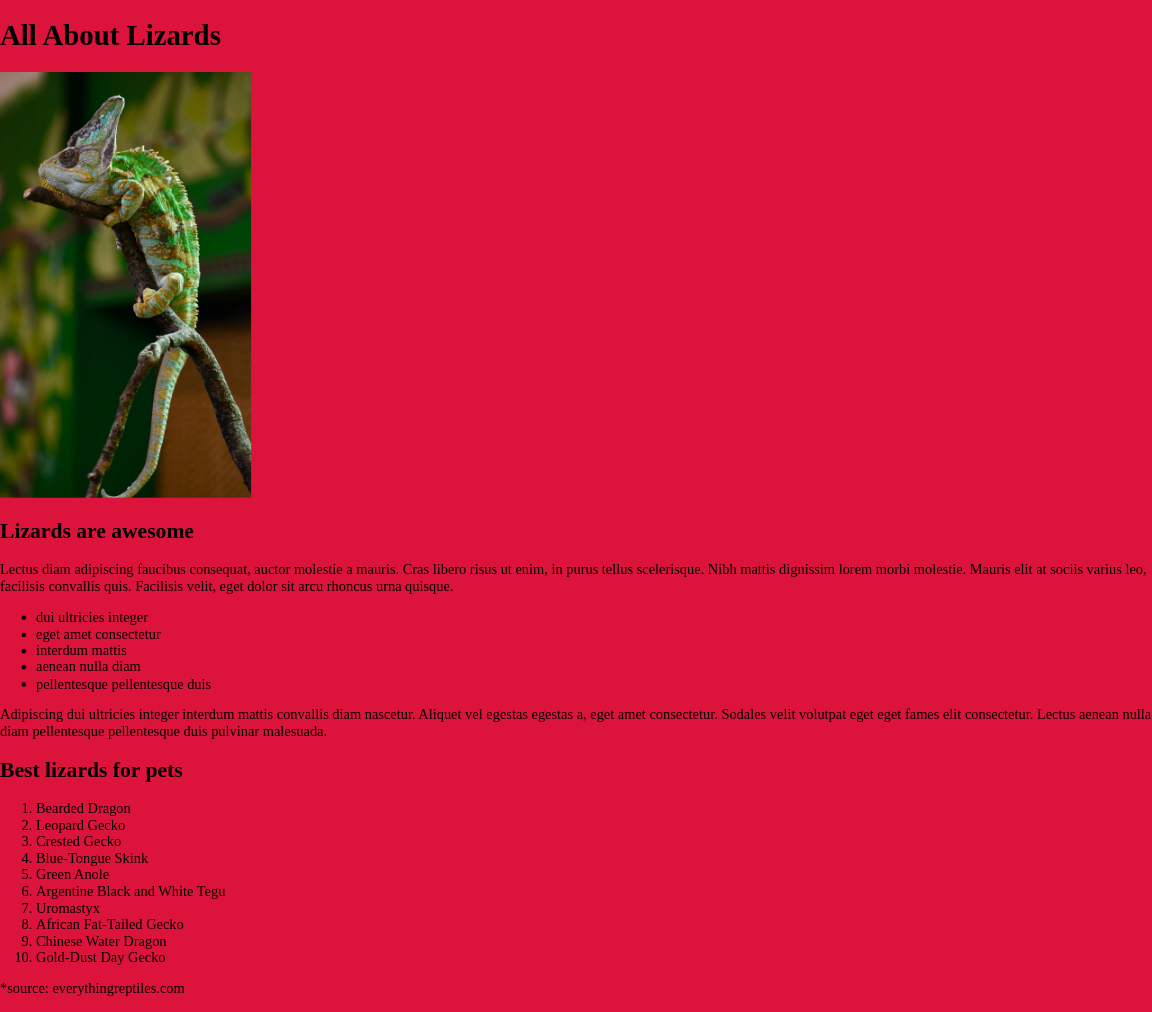
Repository: Doumham-Armah/lizards-landing--page
Page: index.html
These files come from the project's save history. The page is drawn as it stood at one moment and after the next save; the edit follows.
The browser window is 1280 px wide. The pictures show the whole page, at 90% of full size.

Above is the page before, as saved 2021-08-10 13:17:38.

After the next save:
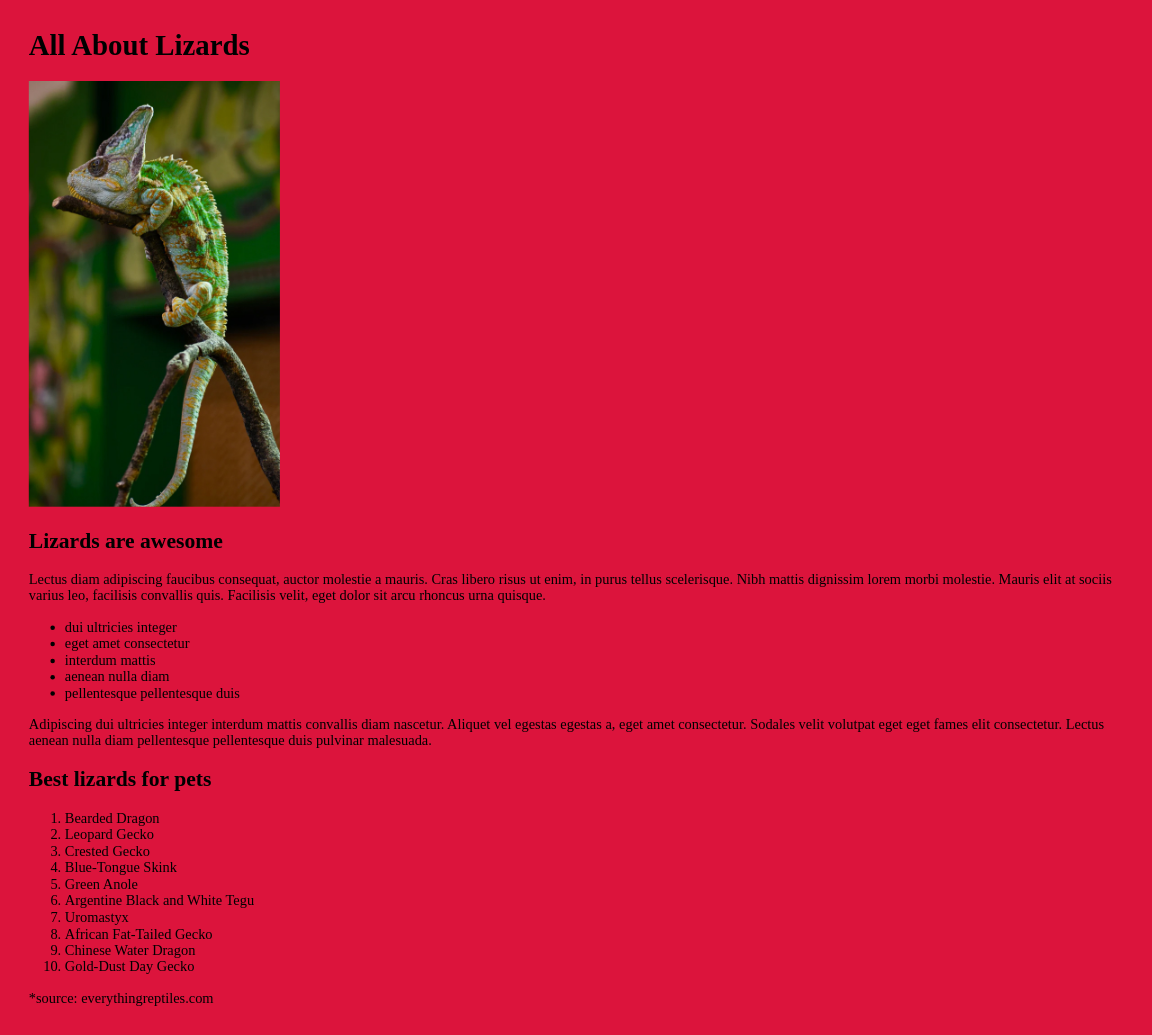
Saved 9 s later.
--- a/css/style.css
+++ b/css/style.css
@@ -1,4 +1,4 @@
 body {
-  margin: 0;
+  margin: 2rem;
   background-color: crimson;
 }
